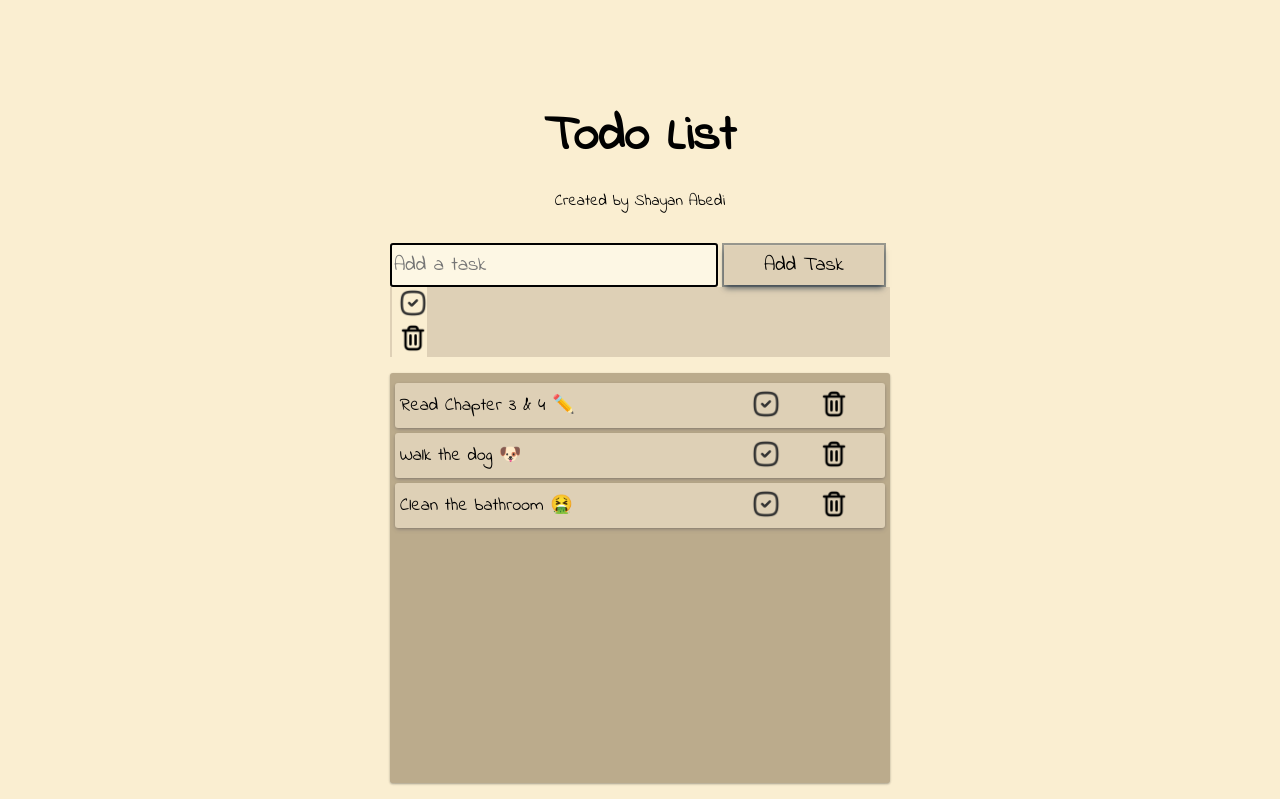
Repository: shayanabedi98/todo-list
Page: /
An editor plug-in stored every save of this project. The page is shown before and after a run of saves, followed by the edit.
The browser window is 1280 px wide. The pictures show the whole page.
The project was rebuilt for these pictures with package versions that can differ from the ones it lists, and the page was loaded fresh each time. Also part of the build but not shown: vite.config.js.

Above is the page before, as saved 2023-12-30 17:28:41.

### index.html
<!doctype html>
<html lang="en">
  <head>
    <meta charset="UTF-8" />
    <link rel="icon" type="image/svg+xml" href="./src/assets/pencil-svgrepo-com.png" />
    <meta name="viewport" content="width=device-width, initial-scale=1.0" />
    <link rel="preconnect" href="https://fonts.googleapis.com">
    <link rel="preconnect" href="https://fonts.gstatic.com" crossorigin>
    <link href="https://fonts.googleapis.com/css2?family=Indie+Flower&display=swap" rel="stylesheet">
    <title>Todo List</title>
  </head>
  <body>
    <div id="root"></div>
    <script type="module" src="/src/main.jsx"></script>
  </body>
</html>

### src/App.jsx
import { useState } from "react";
import { v4 as uuid } from "uuid";
import TodoList from "./TodoList";
import CreateTask from "./CreateTask";
import AffectAll from "./AffectAll";

function App() {
  const [list, setList] = useState([
    { id: uuid(), text: "Read Chapter 3 & 4 ✏️", completed: false },
    { id: uuid(), text: "Walk the dog 🐶", completed: false },
    { id: uuid(), text: "Clean the bathroom 🤮", completed: false },
  ]);
  const [input, setInput] = useState("");

  const addTask = () => {
    if (input.trim() !== "") {
      setList([...list, { id: uuid(), text: input, completed: false }]);
      setInput("");
    }
  };

  const handleChange = (event) => {
    setInput(event.target.value);
  };

  const handleDelete = (taskID) => {
    const newList = list.filter((task) => {
      return task.id !== taskID;
    });
    setList(newList);
  };

  const handleComplete = (taskID) => {
    const newList = list.map((task) => {
      if (task.id === taskID) {
        return { ...task, completed: !task.completed };
      } else {
        return task;
      }
    });
    setList(newList);
  };

  const clearAll = () => {
    setList([]);
  };

  const completeAll = () => {
    const isItCompleted = list.some((task) => !task.completed);
    const newList = list.map((task) => ({ ...task, completed: isItCompleted }));
    setList(newList)
  };

  return (
    <>
      <h1>Todo List</h1>
      <p id="developer">Created by Shayan Abedi</p>
      <CreateTask handleChange={handleChange} input={input} addTask={addTask} />
      <AffectAll clearAll={clearAll} completeAll={completeAll} />
      <TodoList
        list={list}
        handleDelete={handleDelete}
        handleComplete={handleComplete}
      />
    </>
  );
}

export default App;

### src/index.css
body {
  background-color: #FAEED1;
  font-family: 'Indie Flower', cursive;
}

h1 {
  font-size: 50px;
  margin-top: 100px;
  margin-bottom: 0;
  text-align: center;
}

.create-task {
  display: grid;
  place-items: center;
  align-content: center;
  grid-template-columns: 1fr 1fr;
  margin: 30px auto 0 auto;
}

.create-task input {
  background-color: #FDF7E4;
  border: 2px solid black;
  border-radius: 3px;
  font-size: 20px;
  height: 38px;
  width: 320px;
  font-family: 'Indie Flower', cursive;
}

.create-task button {
  background-color: #DED0B6;
  border: none;
  font-family: 'Indie Flower', cursive;
  height: 40px;
  width: 160px;
  font-size: 20px;
  box-shadow: rgba(6, 24, 44, 0.4) 0px 0px 0px 2px, rgba(6, 24, 44, 0.65) 0px 4px 6px -1px, rgba(255, 255, 255, 0.08) 0px 1px 0px inset;
  cursor: pointer;
}

.affect-all {
  display: grid;
  grid-template-columns; 1fr
  place-items: center;
  background-color: #DED0B6;
}

.affect-all-text {
  display: grid;
  place-items: start;
}

.affect-all p{
 font-size: 20px;
}

.affect-all button {
  background-color: #FAEED1;
  border: none;
  font-family: 'Indie Flower', cursive;
  height: 35px;
  width: 35px;
  margin: auto 2px;
  cursor: pointer;
}

.list ul {
 padding: 5px;
 box-shadow: rgba(0, 0, 0, 0.12) 0px 1px 3px, rgba(0, 0, 0, 0.24) 0px 1px 2px;
  border-radius: 3px;
  background-color: #BBAB8C;
  min-height: 400px;
}

.list li {
  list-style: none;
  display: grid;
  grid-template-columns: 1fr 0.2fr 0.2fr;
  background-color: #DED0B6;
  margin-top: 5px;
  margin-bottom: 5px;
  padding: 5px;
  box-shadow: rgba(50, 50, 93, 0.25) 0px 2px 5px -1px, rgba(0, 0, 0, 0.3) 0px 1px 3px -1px;
  border-radius: 3px;
  font-size: 18px;
  align-items: center;
}

#developer, h1, .create-task, .list, .affect-all {
  width: 500px;
  margin-left: auto;
  margin-right: auto;
}

.list button {
  background-color: #DED0B6;
  height: 35px;
  width: 35px;
  margin: auto 2px;
  cursor: pointer;
  border: none;
  border-radius: 3px;
}

.list img, .affect-all img {
  height: 30px;
}

#developer {
  text-align: center;
}

### src/TodoList.jsx
import React from "react";
import trash from "./assets/trash.png";
import check from "./assets/check.png";

const TodoList = ({ handleComplete, handleDelete, list }) => {
  const completedStyle = (condition) => {
    return condition
      ? {
          color: "grey",
          textDecoration: "line-through",
        }
      : {};
  };

  return (
    <div className="list">
      <ul>
        {list.map((task) => {
          return (
            <li key={task.id}>
              <span style={completedStyle(task.completed)}>{task.text}</span>
              <button id="complete" onClick={() => handleComplete(task.id)}>
                <img src={check} alt="checkmark button"/>
              </button>
              <button id="delete" onClick={() => handleDelete(task.id)}>
                <img src={trash} alt="delete button"/>
              </button>
            </li>
          );
        })}
      </ul>
    </div>
  );
};

export default TodoList;

### src/CreateTask.jsx
import React from "react";

const CreateTask = ({input, addTask, handleChange}) => {
  return (
    <div className="create-task">
      <input
        onKeyDown={(e) => e.key === 'Enter' && addTask()}
        placeholder="Add a task"
        type="text"
        onChange={handleChange}
        value={input}
      />
      <button onClick={addTask}>Add Task</button>
    </div>
  );
};

export default CreateTask;

### src/AffectAll.jsx
import React from "react";
import trash from "./assets/trash.png";
import check from "./assets/check.png";

const AffectAll = ({ clearAll, completeAll }) => {
  return (
    <div className="affect-all">
      <button onClick={completeAll}>
        <img src={check} alt="" />
      </button>
      <button onClick={clearAll}>
        <img src={trash} alt="" />
      </button>
    </div>
  );
};

export default AffectAll;

Loaded but not shown: src/main.jsx (common file)

After the next 2 saves:
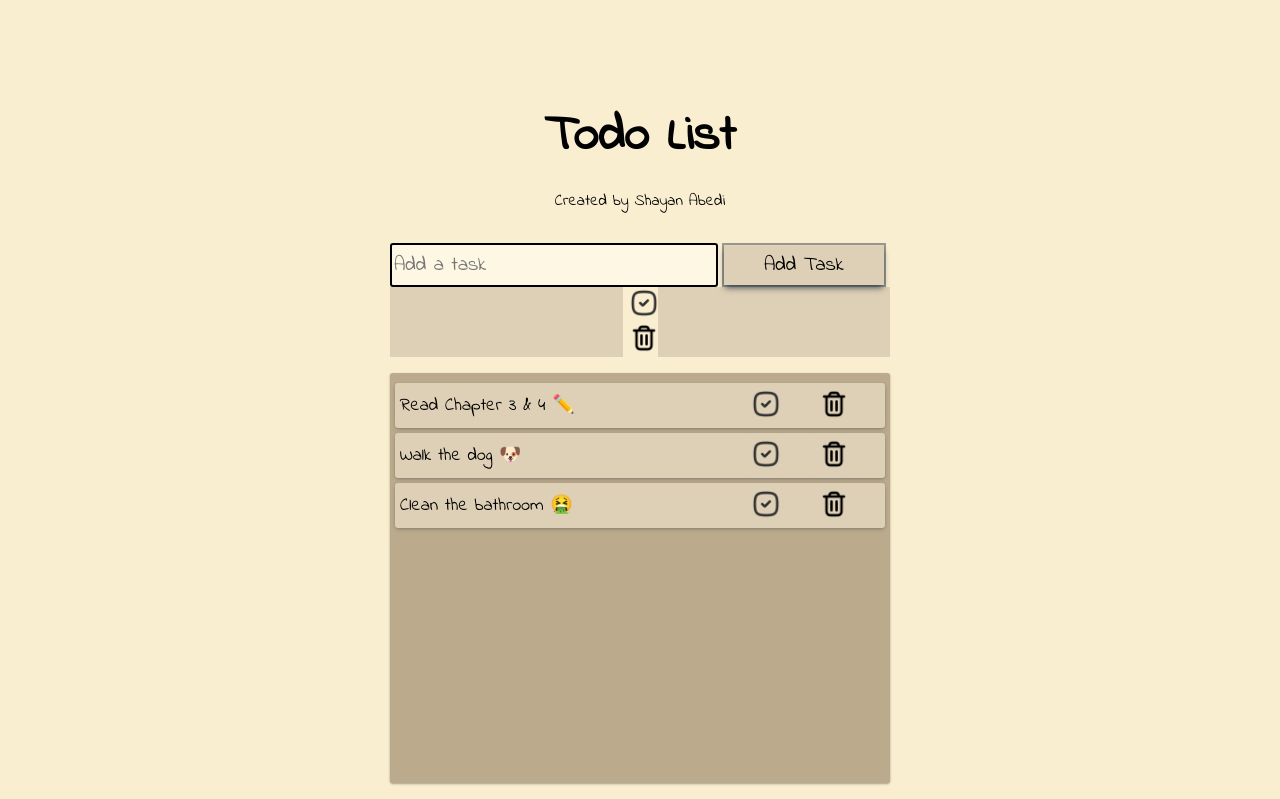
The 2 saves are shown as one change because they came seconds apart.
The last was saved 12 s later.
--- a/src/index.css
+++ b/src/index.css
@@ -41,7 +41,7 @@ h1 {
 
 .affect-all {
   display: grid;
-  grid-template-columns; 1fr
+  grid-template-columns: 1fr;
   place-items: center;
   background-color: #DED0B6;
 }
